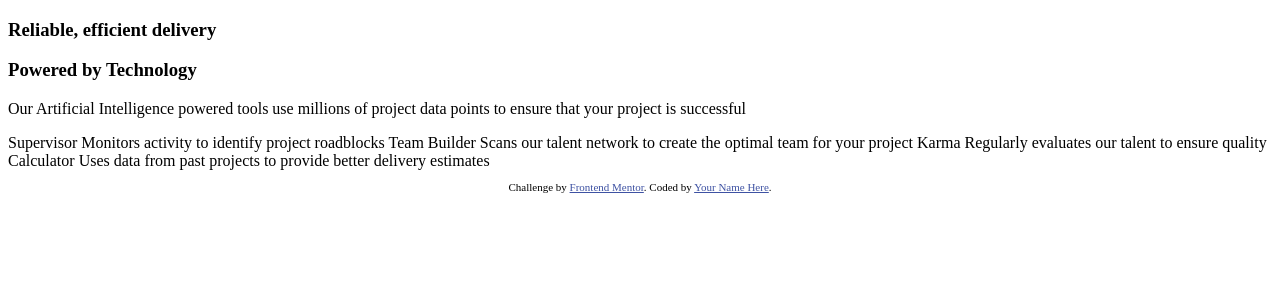
Repository: AngelaMwelu/four-card-page
Page: index.html
An editor plug-in stored every save of this project. The page is shown before and after the next save, followed by the edit.
The browser window is 1280 px wide. The pictures show the whole page.

Above is the page before, as saved 2025-05-14 09:56:33.

After the next save:
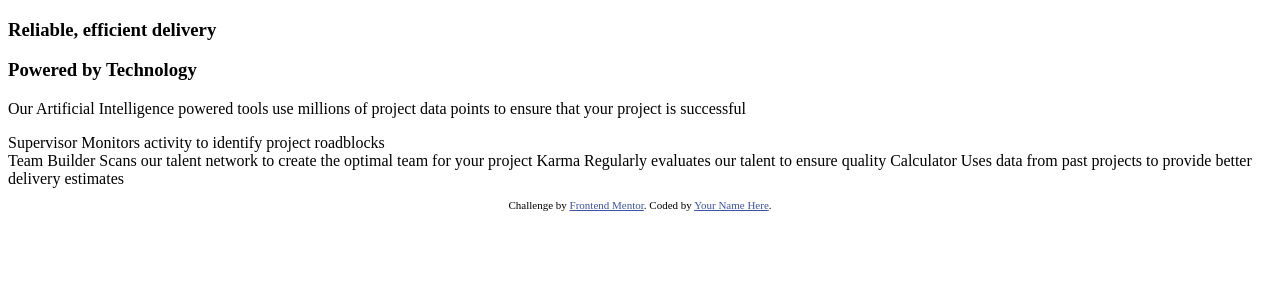
Saved 4 s later.
--- a/index.html
+++ b/index.html
@@ -26,7 +26,7 @@
     <div class="Supervisor">
   Supervisor
   Monitors activity to identify project roadblocks
-
+    <div class="Card">
   Team Builder
   Scans our talent network to create the optimal team for your project
 
